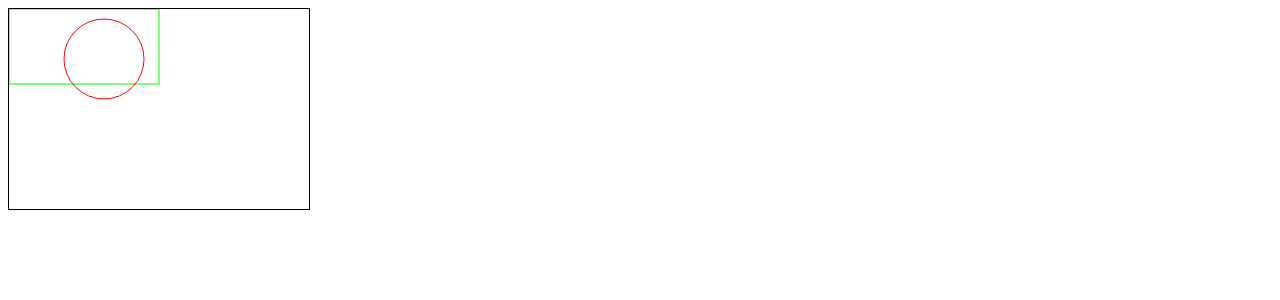
Repository: BhardwajMonika/core-java
Page: HTML2/WebContent/Canvas1.html
These files come from the project's save history. The page is drawn as it stood at one moment and after the next save; the edit follows.
The browser window is 1280 px wide. The pictures show the whole page.

Above is the page before, as saved 2019-02-27 09:24:34.

### HTML2/WebContent/Canvas1.html
<!DOCTYPE html>
<html>
<head>


<meta charset="ISO-8859-1">
<title>canvas</title>
</head>
<body>

	<canvas id="myCanvas" width="300" height="200"
		style="border: 1px solid #000000;">
</canvas>
<script>
	var c = document.getElementById("myCanvas");
	var ctx = c.getContext("2d");


	ctx.drawStyle = "#FF0000";
	ctx.strokeStyle="#00FF00";
	ctx.strokeRect(0, 0, 150, 75);

	ctx.beginPath();
	ctx.strokeStyle="#FF0000"
	ctx.arc(95,50,40,0,2*Math.PI);
	ctx.stroke();
</script>

</body>
</html>

After the next save:
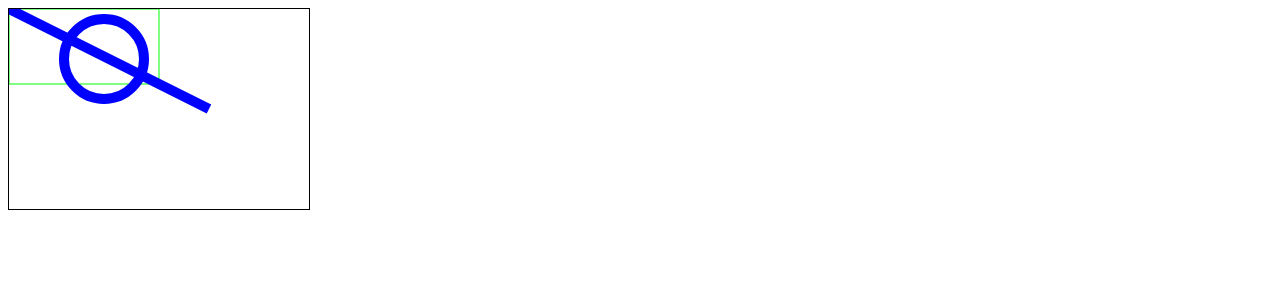
Saved 2 min 21 s later.
--- a/HTML2/WebContent/Canvas1.html
+++ b/HTML2/WebContent/Canvas1.html
@@ -24,6 +24,13 @@
 	ctx.strokeStyle="#FF0000"
 	ctx.arc(95,50,40,0,2*Math.PI);
 	ctx.stroke();
+
+	ctx.moveTo(0,0);
+	ctx.lineTo(200,100);
+	ctx.lineWidth=10;
+
+	ctx.strokeStyle='#0000ff';
+	ctx.stroke();
 </script>
 
 </body>
